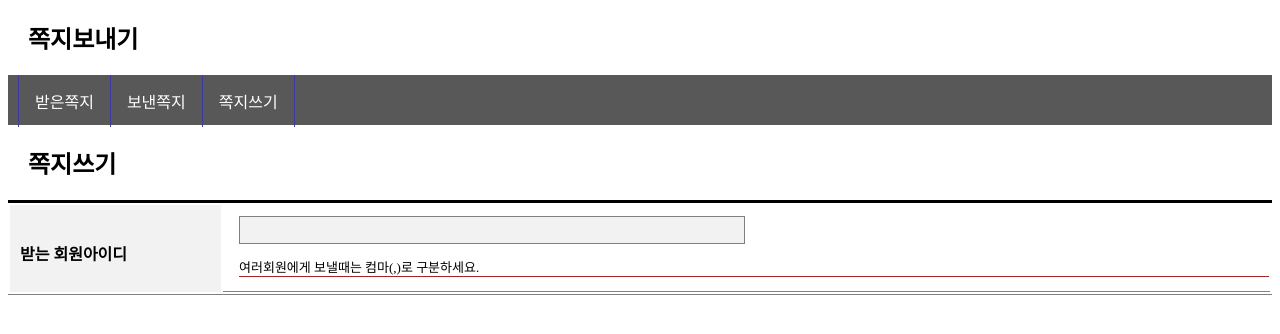
Repository: ks12b0000/JSP-School-Class
Page: chap10_JSP/src/main/webapp/Test/sendMessage.html
These files come from the project's save history. The page is drawn as it stood at one moment and after the next save; the edit follows.
The browser window is 1280 px wide. The pictures show the whole page.

Above is the page before, as saved 2022-06-04 11:15:17.

### chap10_JSP/src/main/webapp/Test/sendMessage.html
<!DOCTYPE html>
<html>
<head>
	<meta charset="UTF-8">
	<meta name="viewport" content="width=device-width, initial-scale=1.0">
	<title>쪽지쓰기</title>
	<link rel="stylesheet" href="loginWrite.css" />
</head>
<body>
	<h2>쪽지보내기</h2>
	<div class="menu1">
		<ul>
			<li><a href="#" id="a1">받은쪽지</a></li>
			<li><a href="#">보낸쪽지</a></li>
			<li><a href="#">쪽지쓰기</a></li>
		</ul>
	</div>
	<h2>쪽지쓰기</h2>
	<table class="Profile3">
		<tr>
			<th id="id12"><strong>받는 회원아이디</strong></th>
			<td><input type="text" /><br/><p>여러회원에게 보낼때는 컴마(,)로 구분하세요.</p></td>

		</tr>
	</table>
</body>
</html>

### chap10_JSP/src/main/webapp/Test/loginWrite.css
@charset "UTF-8";
	body h2 {
		margin-left: 20px;
	}
	.login1 {
		width: 500px;
		border: 1px solid gray;
		margin: 40px;
		padding: 40px;

	}
	.login1 #id {
		width: 400px;

		padding: 4px;
	}
	.login1 #id input {

		margin-left: 30px;
	}
	.login1 #pw {

		padding: 4px;
	}
	.login1 #pw input {

		margin-left: 52px;
	}
	.login1 #login_Bt {
		text-align: right;
		margin-top: -50px;
		margin-right: 120px;
	}
	.login1 #login_Bt input {
		margin-left: 5px;
		padding: 12px;
		border: 1px solid white;
		background-color: #A5DF00;
		color: white;
	}
	.login1 #login_Ck {
		margin-top: 10px;
	}
	.login2 {
		border: 1px solid gray;
		font-size: 13px;
		background-color: #F2F2F2;
		width: 500px;
		margin: 40px;
		padding: 40px;
		margin-top: -50px;

	}
	.login2 h3 {
		margin-top: -20px;
		margin-left: -30px;
	}
	.login2 p {
		margin-top: -20px;
		margin-left: -30px;
	}
	.login2 form {
		margin-top: 10px;
		margin-left: 250px;

	}
	.login2 #idpw_bt {
		border: 1px solid white;
		background-color: #A5DF00;
		color: white;
	}
	.login2 #signup {
		border: 1px solid #BFFF00;
		background-color: white;
		color: #80FF00;
	}
	body #mainback {
		margin-left: 220px;
		text-decoration: none;
		color: black;
	}
	body #em2 {
		border-top: 1px solid gray;
		margin-left: 20px;
		padding-top: 15px;
	}
	#email1 {
		margin-left: 20px;
		font-size: 19px;
	}
	#email1 input {
		width: 500px;
		height: 30px;
	}
	.button {
		margin-top: 40px;
		margin-left: 250px;
	}
	.button #Confirm {
		margin-left: 5px;
		padding: 12px;
		width: 150px;
		border: 1px solid white;
		background-color: #A5DF00;
		color: white;
	}
	.button #close {
		margin-left: 5px;
		padding: 12px;
		width: 100px;
		border: 1px solid white;
		background-color: #0B3B39;
		color: white;
	}
	body #tm2 {
		color: red;
		text-align: center;
	}
	body #tm3,#tm5 {
		text-align: center;
	}
	body #tm4,#tm6 {
		border: 1px solid black;
		width: 1300px;
		height: 300px;
		background-color: #D8D8D8;
		margin-left: 10px;
	}
	#terms_Ck,#terms_Ck2 {
		text-align: right;
	}
	#signup3 {
		text-align: center;
	}
	#signup3 input {
		margin-left: 5px;
		padding: 12px;
		border: 1px solid white;
		background-color: #A5DF00;
		color: white;
	}
	.button3 {
		text-align: right;
		margin-top: -50px;
		margin-right: 10px;
	}
	.button3 #notebox {
		border: 1px solid #BFFF00;
		background-color: white;
		color: #80FF00;
		padding: 6px;
	}
	.button3 #Revise {
		border: 1px solid #BFFF00;
		background-color: white;
		color: #80FF00;
		padding: 6px;
	}
	.button3 #secession {
		border: 1px solid white;
		background-color: #A5DF00;
		color: white;
		padding: 6px;
	}
	.Profile {
		border: 1px solid gray;
		border-collapse: collapse;
		margin-top: 15px;
		width: 100%;
		height: 150px;
		background-color: #FAFAFA;
	}
	.Profile th,td {
		border-bottom: 1px solid gray;
	}
	.Profile2 {
		border-top: 3px solid black;
		width: 100%;
		background-color: #F2F2F2;
		height: 50px;
		border-bottom: 1px solid gray;
		margin-top: 20px;
	}
	#hh3 {
		margin-left: 10px;
	}
	.Contents {
		text-align: center;
		margin-top: 100px;
		border-bottom: 1px solid gray;
		height: 100px;
	}
	.menu1 ul {
		background-color: #585858;
		height: 50px;
		margin: 0;
		padding: 0;
		list-style: none;

	}
	.menu1 li {
		float: left;
		border-right: 1px solid #2E2EFE;
	}
	.menu1 li a {
		padding-left: 10px;
		color: white;
		text-decoration: none;
		display: block;
		text-align: center;
		padding: 14px 16px;
	}
	.menu1 #a1 {
		border-left: 1px solid #2E2EFE;
		margin-left: 10px;
	}
	.guide {
		text-align: left;
	}
	.button2 {
		text-align: center;
	}
	.button2 #close2 {
		text-align: center;
		padding: 10px;
		width: 80px;
		border: 1px solid white;
		background-color: #0B4C5F;
		color: white;
	}
	.Profile3 {
		border-top: 3px solid black;
		width: 100%;
		height: 50px;
		border-bottom: 1px solid gray;
		margin-top: 20px;
	}
	.Profile3 #id12 {
		margin-top: 20px;
		padding-left:10px;
		padding-top: 10px;
		text-align: left;
		width: 200px;
		background-color: #F2F2F2;
		height: 60px;
	}
	.Profile3 input {
		background-color: #F2F2F2;
		margin-left: 15px;
		margin-top: 10px;
		padding-top: 10px;
		border: 1px solid gray;
		width: 500px;
	}
	.Profile3 p {
		font-size: 13px;
		margin-left: 15px;
		border-bottom: 1px solid red;
	}

After the next save:
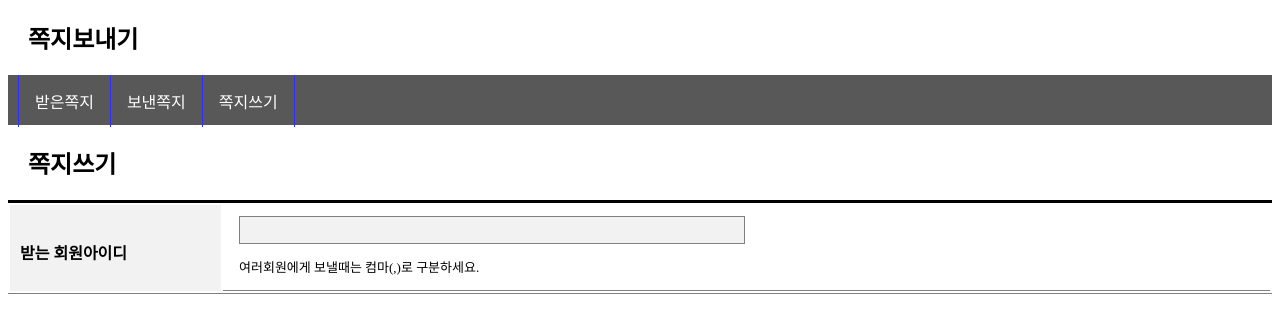
Saved 11 s later.
--- a/chap10_JSP/src/main/webapp/Test/loginWrite.css
+++ b/chap10_JSP/src/main/webapp/Test/loginWrite.css
@@ -255,5 +255,4 @@
 	.Profile3 p {
 		font-size: 13px;
 		margin-left: 15px;
-		border-bottom: 1px solid red;
-	}
+	}
